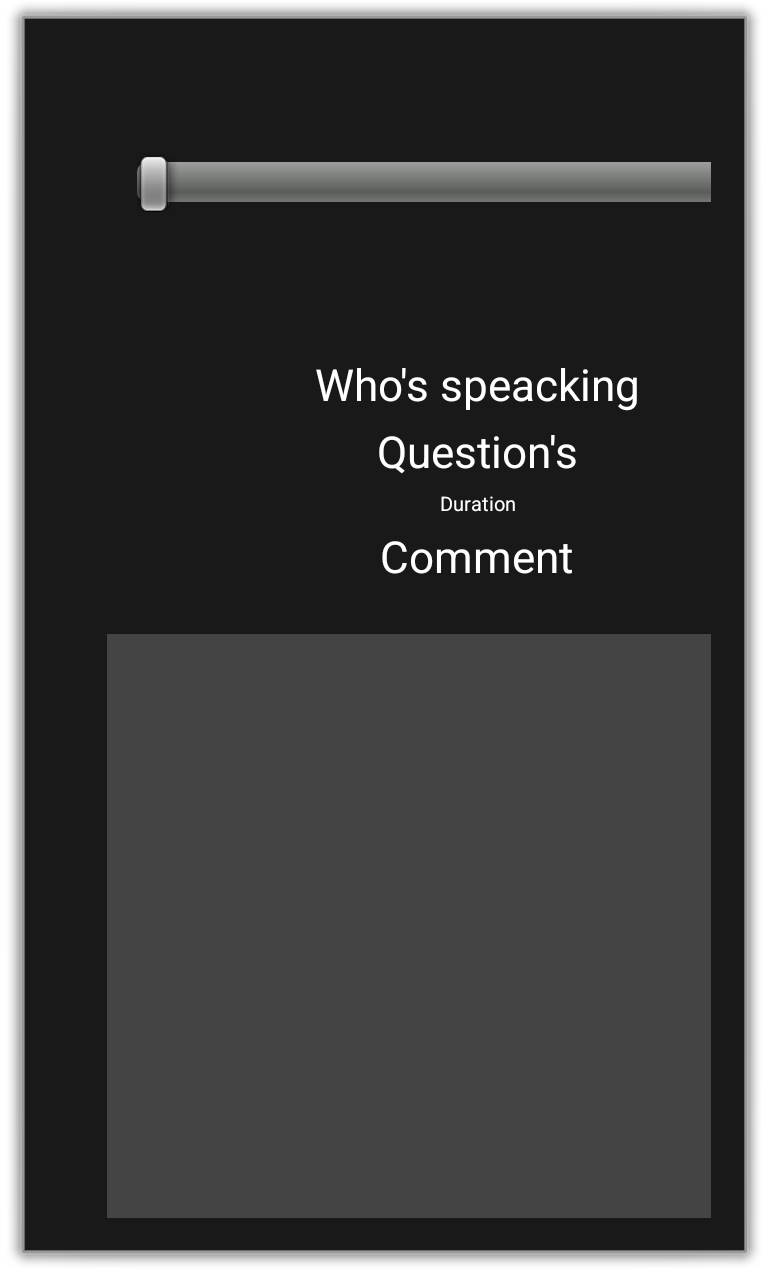
Repository: i-togui/TX
Layout: MM-Project/res/layout/activity_tag.xml
An editor plug-in stored every save of this project. The layout is shown before and after the next save, followed by the edit.
It is drawn on a 768 x 1280 px phone screen (xhdpi) without system bars, with theme android:Theme.Dialog; the app's code is not run. Lists and similar views that code fills are empty.

Above is the layout before, as saved 2014-01-03 23:07:56.

After the next save:
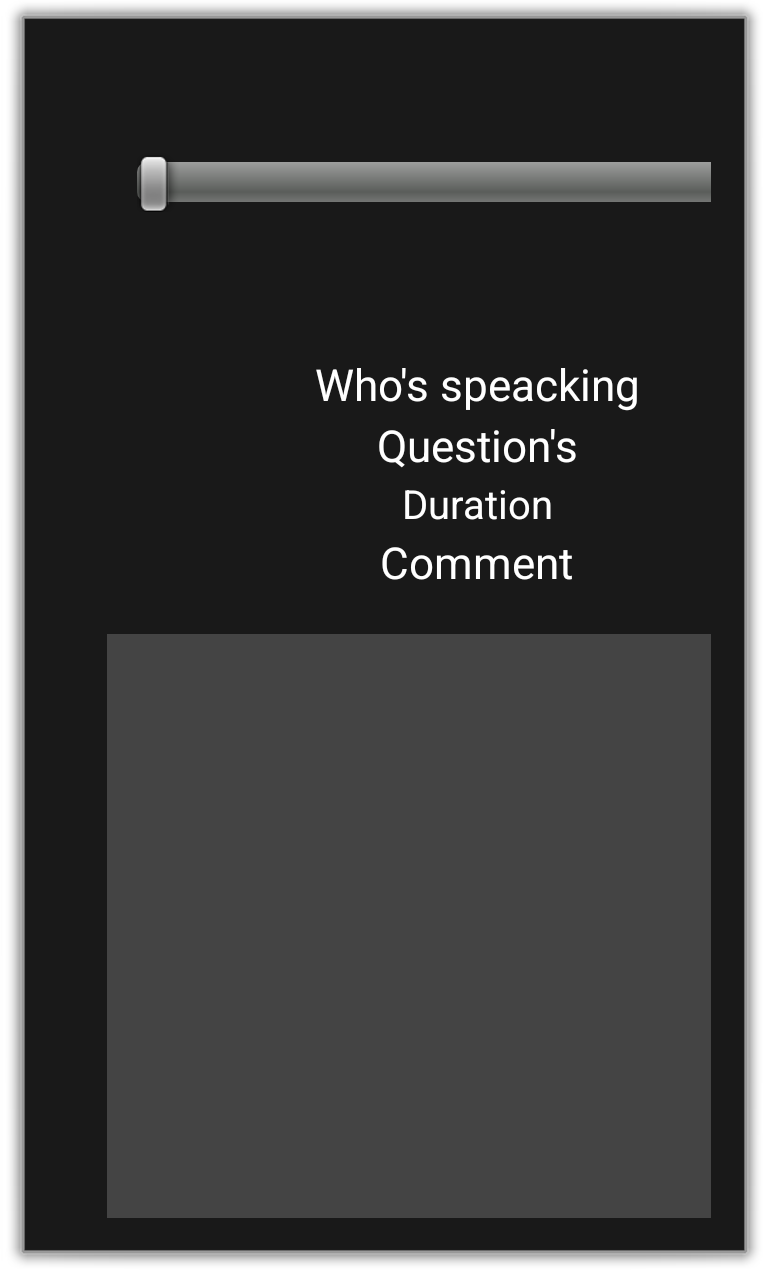
Saved 45 s later.
--- a/MM-Project/res/layout/activity_tag.xml
+++ b/MM-Project/res/layout/activity_tag.xml
@@ -90,7 +90,7 @@
 	            android:gravity="center_horizontal"
 	            android:layout_weight="1.0"
 	            android:text="Duration"
-	            android:textSize="10dp"
+	            android:textSize="20dp"
 	            android:textAppearance="?android:attr/textAppearanceLarge"/>
 				<TextView
 	            android:id="@+id/textcomment"
